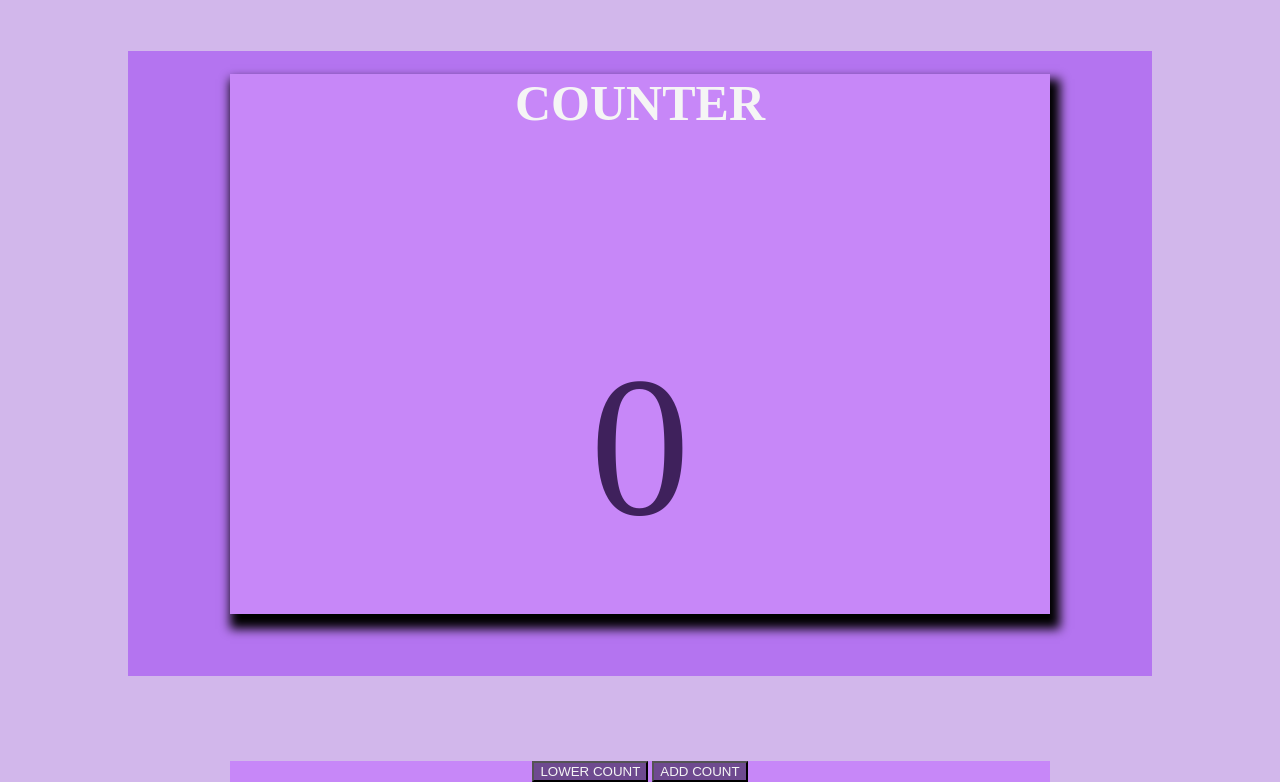
Repository: AnahitKhechumyan/Counter
Page: index.html
An editor plug-in stored every save of this project. The page is shown before and after the next save, followed by the edit.
The browser window is 1280 px wide. The pictures show the whole page.

Above is the page before, as saved 2022-02-14 21:03:51.

After the next save:
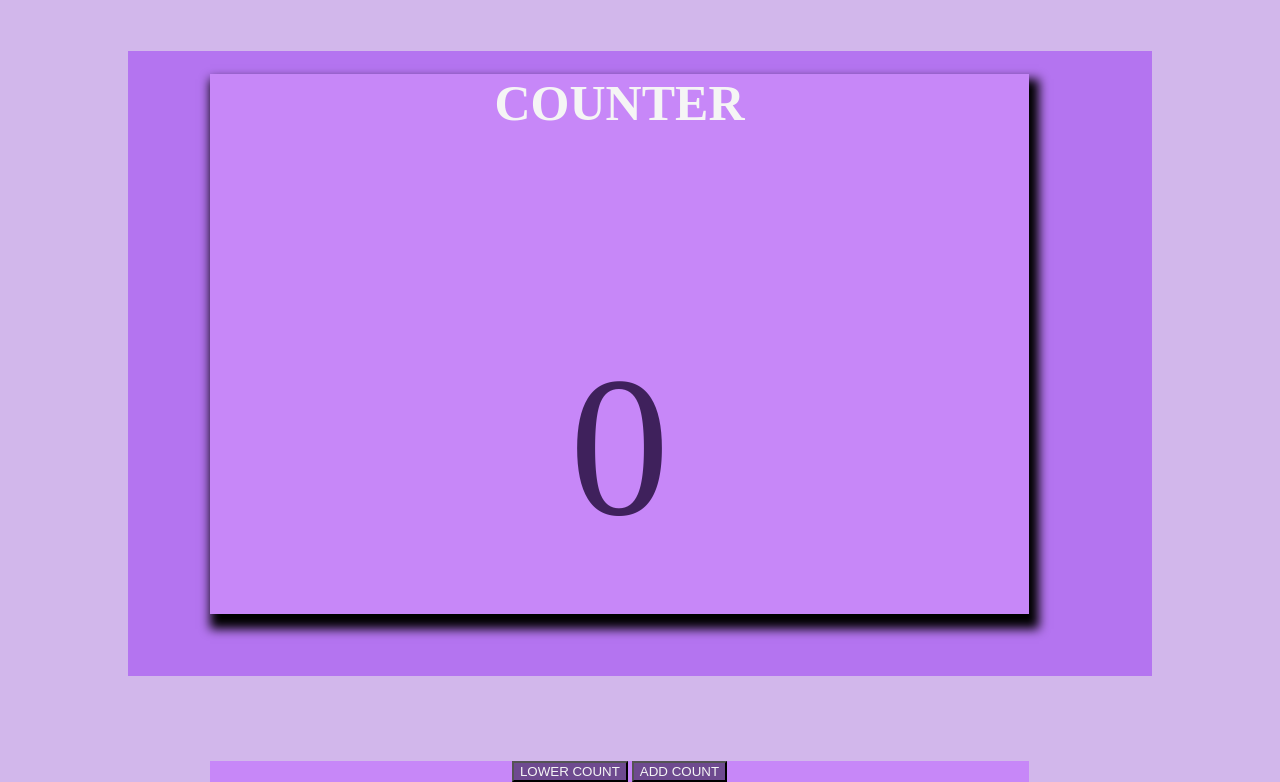
Saved 66 s later.
--- a/style.css
+++ b/style.css
@@ -14,7 +14,7 @@ body{
     background-color: rgb(199, 135, 248);
     width: 80%;
     height: 75vh;
-    margin: 1% 10%;
+    margin: 1% 8%;
     box-shadow: 5px 10px 10px 5px;
     text-align: center;
 }

After the save that followed:
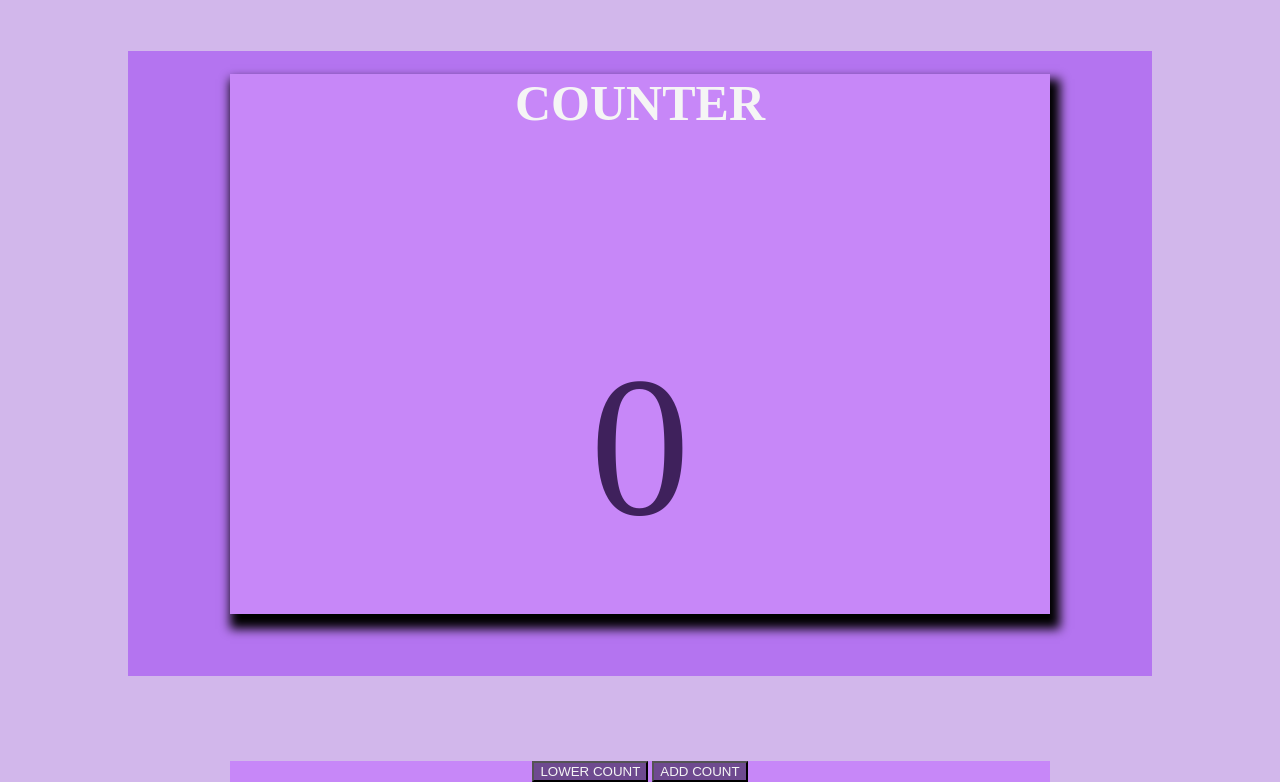
Saved 32 s later.
--- a/style.css
+++ b/style.css
@@ -14,7 +14,7 @@ body{
     background-color: rgb(199, 135, 248);
     width: 80%;
     height: 75vh;
-    margin: 1% 8%;
+    margin: 1% 10%;
     box-shadow: 5px 10px 10px 5px;
     text-align: center;
 }
